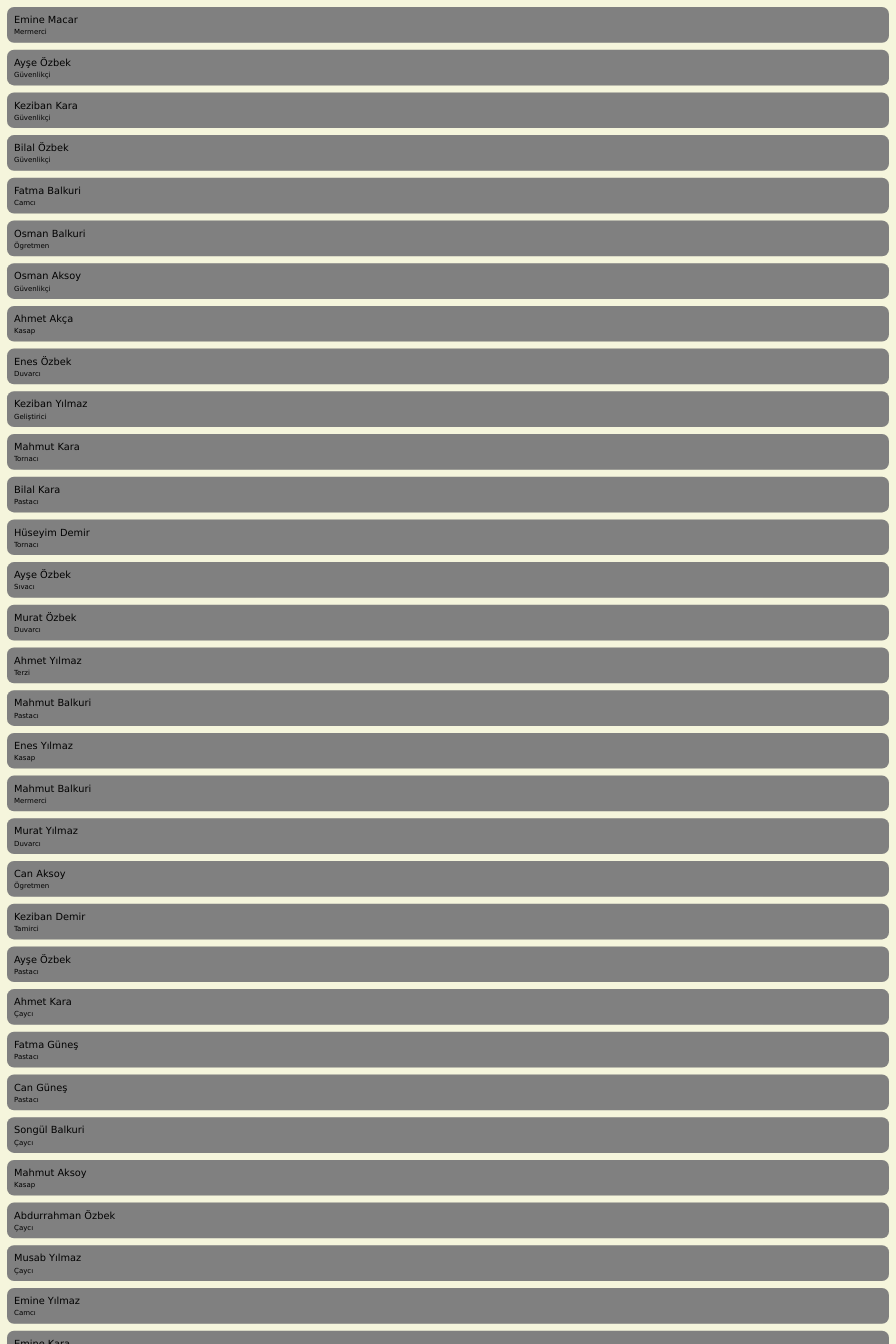
Repository: Sonvatan/S-f-rdan-geli-tirici-olmak-hafta-6
Page: İndex.html
The author's editor kept a copy of each file at every save. The page is drawn from the files as they stood at one save, then again after the next save.
The browser window is 1280 px wide. The pictures show the part of the page from y = 0 to 1920 px (the page is 4758 px tall), at 70% of full size.

Above is the page before, as saved 2024-02-01 23:58:30.

### İndex.html
<html>
    <head>
        <title>Week-6</title>
        <style>
            * {
                padding: 0;
                margin: 0;
            }

            html, body, #root {
                background-color: beige;
                height: 100%;
                width: 100%;
            }
            .person {
               background-color: grey;
                flex-direction: column;
                border-radius: 10px;
                user-select: none;
                display: flex;
                padding: 10px;
                margin: 10px;
            }
            .person > .title {
                font-family: Verdana, Geneva, Tahoma, sans-serif;
                margin-bottom: 4px;
                font-size: 14px;
            }

            .person > .job {
                font-family: Verdana, Geneva, Tahoma, sans-serif;
                font-size: 10px;

            }
        </style>
    </head>
    <body>
        <div id = "root"></div>

       <script>
            const names = [
                "Ahmet",
                "Mehmet",
                "Murat",
                "Ayşe",
                "Fatma",
                "Keziban",
                "Songül",
                "Emine",
                "Musab",
                "Abdurrahman",
                "Can",
                "Mahmut",
                "Bilal",
                "Büşra",
                "Hüseyim",
                "Osman",
                "Enes",
            ];

            const surnames = [
                "Balkuri",
                "Kara",
                "Güneş",
                "Özbek",
                "Yılmaz",
                "Macar",
                "Yılmaz",
                "Akça",
                "Demir",
                "Aksoy",

            ];

            const jobs = [
                "Tamirci",
                "Tornacı",
                "Çaycı",
                "Polis",
                "Ögretmen",
                "Camcı",
                "Güvenlikçi",
                "Pastacı",
                "Geliştirici",
                "Sıvacı",
                "Duvarcı",
                "Terzi",
                "Mermerci",
                "Kasap",

           ];



            const randomName = () => {
                return names[Math.floor(Math.random() * names.length)];

            };

            const randomSurname = () => {
                return surnames[Math.floor(Math.random() * surnames.length)];

            };

            const randomFullName = () => {
                const name = randomName();
                const surname = randomSurname();

                return ` ${name} ${surname}`;

            };
            const randomJob = () => {
                return jobs[Math.floor(Math.random() * jobs.length)];
            };

             let data = [];
            for(let i = 0; i < 78; i++) {
                data.push({
                    title:randomFullName(),
                    job: randomJob(),
                    id: i
                });
            }
            const containerDiv = document.getElementById("root");
            data.forEach((item,index) => {
                containerDiv.innerHTML += `<div id="${item.id}" class="person person-${index}">
                    <span class="title">${item.title}</span>
                    <span class= "job">${item.job}</span>

                </div>`;

            });

       </script>
    </body>
</html>

After the next save:
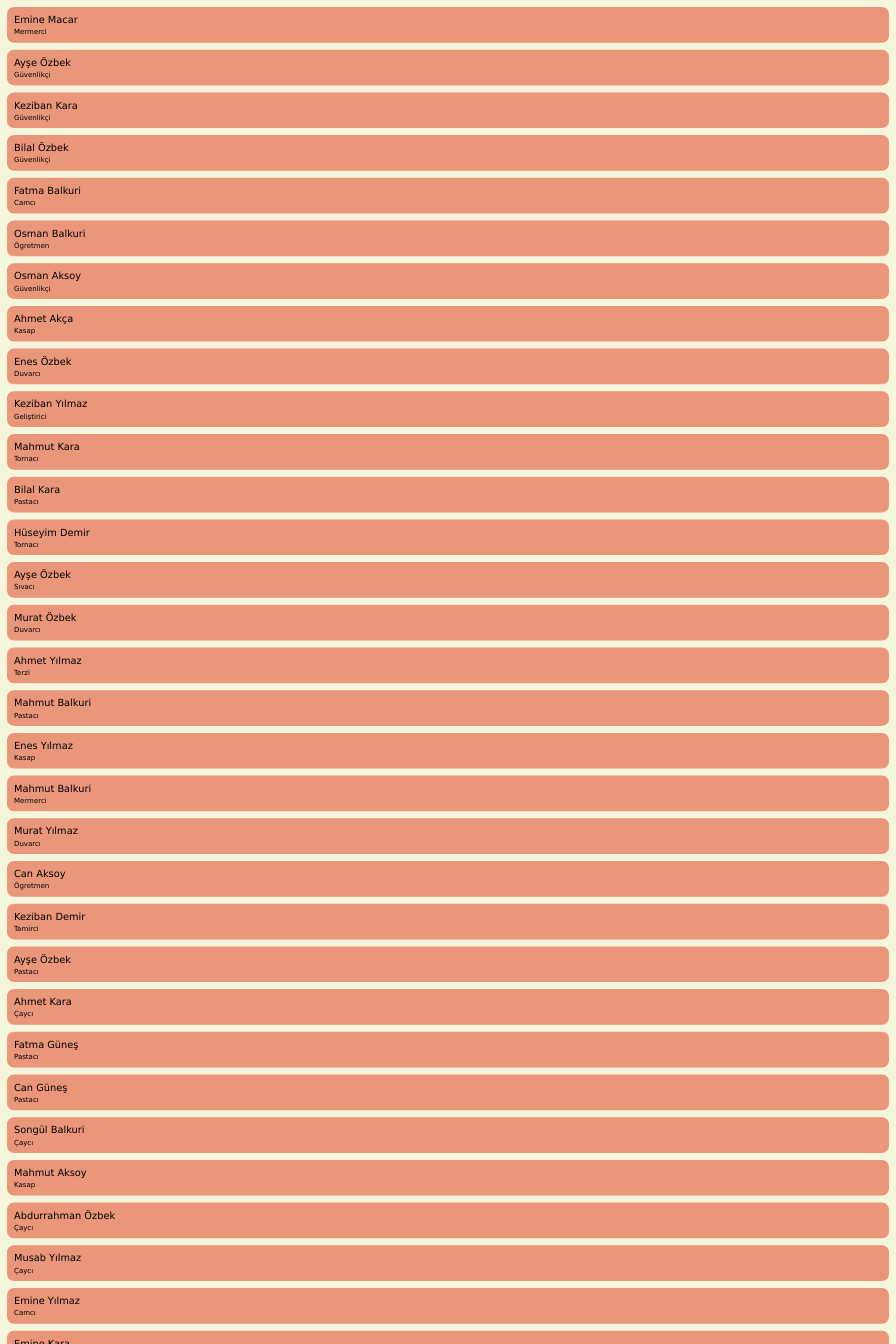
Saved 30 s later.
--- a/İndex.html
+++ b/İndex.html
@@ -13,7 +13,7 @@
                 width: 100%;
             }
             .person {
-               background-color: grey;
+               background-color: darksalmon;
                 flex-direction: column;
                 border-radius: 10px;
                 user-select: none;
